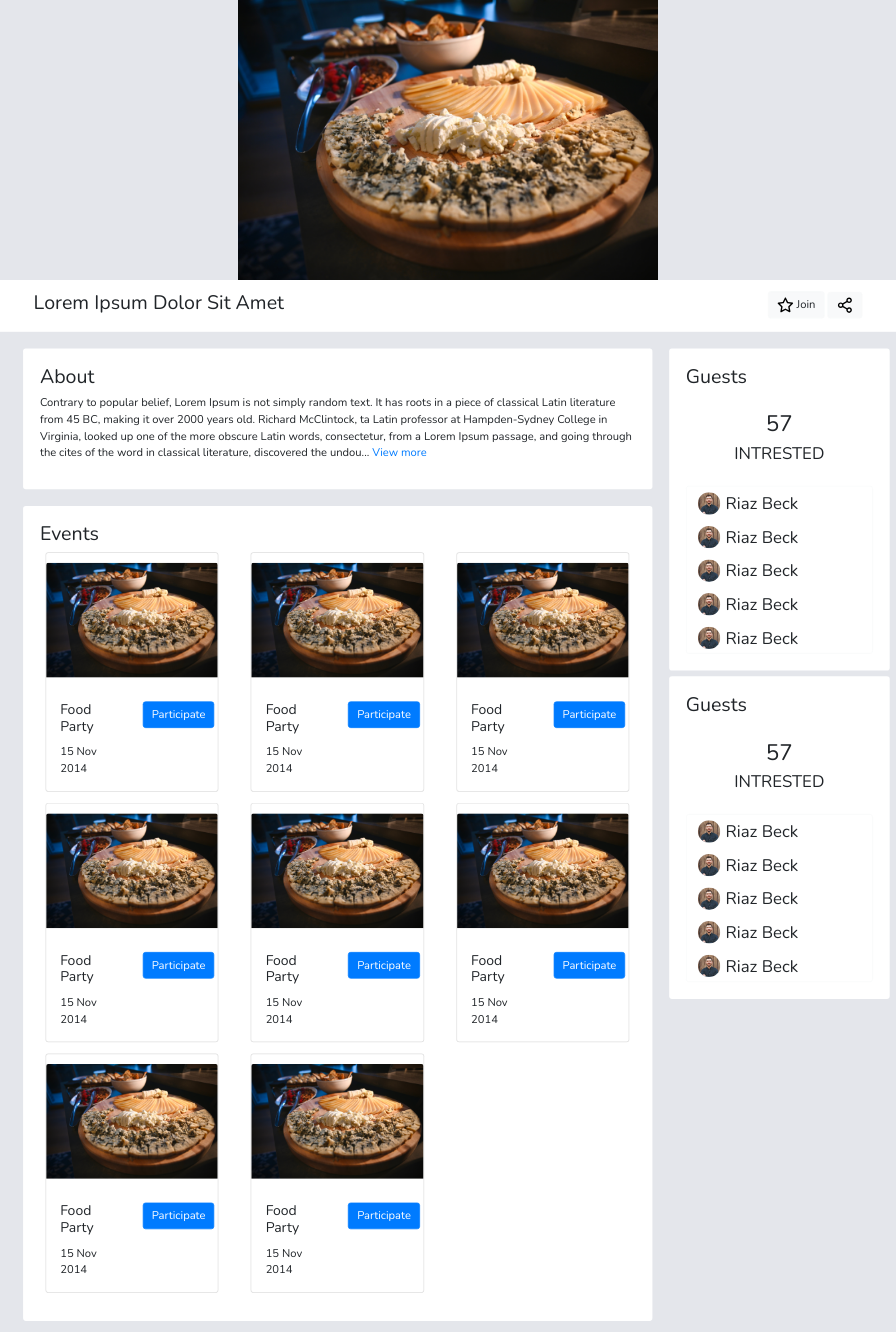
Repository: iamrachid/ensaevents
Page: club.html
The author's editor kept a copy of each file at every save. The page is drawn from the files as they stood at one save, then again after the next save.
The browser window is 1280 px wide. The pictures show the whole page, at 70% of full size.

Above is the page before, as saved 2021-11-25 19:37:19.

### club.html
<html>

<head>
    <meta charset="UTF-8">
    <meta http-equiv="X-UA-Compatible" content="IE=edge">
    <meta name="viewport" content="width=device-width, initial-scale=1.0">
    <title>Document</title>
    <link rel="stylesheet" href="css/bootstrap.css">
    <link rel="stylesheet" href="css/style.css">
    <!-- Link Swiper's CSS -->
    <link rel="stylesheet" href="https://unpkg.com/swiper/swiper-bundle.min.css" />

    <link rel="preconnect" href="https://fonts.googleapis.com">
    <link rel="preconnect" href="https://fonts.gstatic.com" crossorigin>
    <link
        href="https://fonts.googleapis.com/css2?family=Nunito:ital,wght@0,200;0,300;0,400;0,600;0,700;0,800;0,900;1,200;1,300;1,400;1,600;1,700;1,800;1,900&display=swap"
        rel="stylesheet">
</head>

<body class="w-100">

    <div class="text-center bg-main d-flex justify-content-center">
        <img src="assets/img/card-1.jpg" class="cover-img">
    </div>
    <div class="py-3 px-md-5 px-3">
        <div class="row">
            <div class="col-md-8 col-12">
                <h3>Lorem Ipsum Dolor Sit Amet</h3>
            </div>
            <div class="col-md-4 col-12 d-flex justify-content-start justify-content-md-end">
                <div class="">

                    <button class="btn btn-light ">
                        <svg class="btn-icon">
                            <use xlink:href="assets/img/icons.svg#icon-star"></use>
                        </svg>
                        Join</button>
                    <button class="btn btn-light">
                        <svg class="btn-icon">
                            <use xlink:href="assets/img/icons.svg#icon-share-2"></use>
                        </svg>
                    </button>
                </div>
            </div>
        </div>
    </div>

    <div class="px-md-4 p-0 pb-3 bg-main">
        <div class="row">
            <div class="col-md-8 col-lg-9 col-12 px-4 px-md-3 px-lg-4">
                <div class="bg-white mt-4 p-4 rounded">
                    <h3>About</h3>
                    <!-- <div class="d-flex">
                        <svg class="detail-icon mr-2 mb-2">
                            <use xlink:href="assets/img/icons.svg#icon-users"></use>
                        </svg>
                        <span>69 people responded</span>
                    </div>
                    <div class="d-flex">
                        <svg class="detail-icon mr-2  mb-2">
                            <use xlink:href="assets/img/icons.svg#icon-user"></use>
                        </svg>
                        <span>Event By <strong>Club Social</strong></span>
                    </div>
                    <div class="d-flex">
                        <svg class="detail-icon mr-2 mb-2">
                            <use xlink:href="assets/img/icons.svg#icon-public"></use>
                        </svg>
                        <span>Public · Anyone can attend this event</span>
                    </div> -->
                    <p>
                        <span>
                            Contrary to popular belief, Lorem Ipsum is not simply random text. It has roots in a piece
                            of
                            classical
                            Latin literature from 45 BC, making it over 2000 years old. Richard McClintock, ta Latin
                            professor
                            at
                            Hampden-Sydney College in Virginia, looked up one of the more obscure Latin words,
                            consectetur,
                            from
                            a
                            Lorem Ipsum passage, and going through the cites of the word in classical literature,
                            discovered
                            the
                            undou</span><span class="collapse  multi-collapse show fast" id="dots">...</span>
                        <span class="collapse  multi-collapse fast" id="more-text">btable source. Lorem Ipsum comes from
                            sections
                            1.10.32 and 1.10.33 of "de Finibus Bonorum et
                            Malorum" (The Extremes of Good and Evil) by Cicero, written in 45 BC. This book is a
                            treatise on
                            the
                            theory of ethics, very popular during the Renaissance. The first line of Lorem Ipsum, "Lorem
                            ipsum
                            dolor
                            sit amet..", comes from a line in section 1.10.32.
                        </span>

                        <a class="collapse  multi-collapse fast" type="button" id="less" data-toggle="collapse"
                            data-target=".multi-collapse" aria-expanded="false"
                            aria-controls="dots more less more-text">View less</a>
                        <a class="collapse show  multi-collapse fast" type="button" id="more" data-toggle="collapse"
                            data-target=".multi-collapse" aria-expanded="false"
                            aria-controls="dots more less more-text">View more</a>
                    </p>
                </div>
                <div class="bg-white mt-4 p-4 rounded">
                    <h3>Events</h3>
                    <div class="row">
                        <div class="col-12 col-sm-6 col-xl-4 col-lg-6 col-md-12"">
                            <div class=" card rounded mx-0 mx-sm-1 mx-md-2 mb-3">
                            <div class="card-img-box">
                                <img class="card-img-top" src="assets/img/card-1.jpg" alt="Card image cap">
                            </div>
                            <div class="card-body row">
                                <div class="col-6">
                                    <h5 class="card-title">Food Party</h5>
                                    <p class="card-text">15 Nov 2014</p>
                                </div>
                                <div class="col-6 text-right">
                                    <a href="#" class="btn btn-primary">Participate</a>
                                </div>
                            </div>
                        </div>
                    </div>
                    <div class="col-12 col-sm-6 col-xl-4 col-lg-6 col-md-12"">
                            <div class=" card rounded mx-0 mx-sm-1 mx-md-2 mb-3">
                        <div class="card-img-box">
                            <img class="card-img-top" src="assets/img/card-1.jpg" alt="Card image cap">
                        </div>
                        <div class="card-body row">
                            <div class="col-6">
                                <h5 class="card-title">Food Party</h5>
                                <p class="card-text">15 Nov 2014</p>
                            </div>
                            <div class="col-6 text-right">
                                <a href="#" class="btn btn-primary">Participate</a>
                            </div>
                        </div>
                    </div>
                </div>
                <div class="col-12 col-sm-6 col-xl-4 col-lg-6 col-md-12"">
                            <div class=" card rounded mx-0 mx-sm-1 mx-md-2 mb-3">
                    <div class="card-img-box">
                        <img class="card-img-top" src="assets/img/card-1.jpg" alt="Card image cap">
                    </div>
                    <div class="card-body row">
                        <div class="col-6">
                            <h5 class="card-title">Food Party</h5>
                            <p class="card-text">15 Nov 2014</p>
                        </div>
                        <div class="col-6 text-right">
                            <a href="#" class="btn btn-primary">Participate</a>
                        </div>
                    </div>
                </div>
            </div>
            <div class="col-12 col-sm-6 col-xl-4 col-lg-6 col-md-12"">
                            <div class=" card rounded mx-0 mx-sm-1 mx-md-2 mb-3">
                <div class="card-img-box">
                    <img class="card-img-top" src="assets/img/card-1.jpg" alt="Card image cap">
                </div>
                <div class="card-body row">
                    <div class="col-6">
                        <h5 class="card-title">Food Party</h5>
                        <p class="card-text">15 Nov 2014</p>
                    </div>
                    <div class="col-6 text-right">
                        <a href="#" class="btn btn-primary">Participate</a>
                    </div>
                </div>
            </div>
        </div>
        <div class="col-12 col-sm-6 col-xl-4 col-lg-6 col-md-12"">
                            <div class=" card rounded mx-0 mx-sm-1 mx-md-2 mb-3">
            <div class="card-img-box">
                <img class="card-img-top" src="assets/img/card-1.jpg" alt="Card image cap">
            </div>
            <div class="card-body row">
                <div class="col-6">
                    <h5 class="card-title">Food Party</h5>
                    <p class="card-text">15 Nov 2014</p>
                </div>
                <div class="col-6 text-right">
                    <a href="#" class="btn btn-primary">Participate</a>
                </div>
            </div>
        </div>
    </div>
    <div class="col-12 col-sm-6 col-xl-4 col-lg-6 col-md-12"">
                            <div class=" card rounded mx-0 mx-sm-1 mx-md-2 mb-3">
        <div class="card-img-box">
            <img class="card-img-top" src="assets/img/card-1.jpg" alt="Card image cap">
        </div>
        <div class="card-body row">
            <div class="col-6">
                <h5 class="card-title">Food Party</h5>
                <p class="card-text">15 Nov 2014</p>
            </div>
            <div class="col-6 text-right">
                <a href="#" class="btn btn-primary">Participate</a>
            </div>
        </div>
    </div>
    </div>
    <div class="col-12 col-sm-6 col-xl-4 col-lg-6 col-md-12"">
                            <div class=" card rounded mx-0 mx-sm-1 mx-md-2 mb-3">
        <div class="card-img-box">
            <img class="card-img-top" src="assets/img/card-1.jpg" alt="Card image cap">
        </div>
        <div class="card-body row">
            <div class="col-6">
                <h5 class="card-title">Food Party</h5>
                <p class="card-text">15 Nov 2014</p>
            </div>
            <div class="col-6 text-right">
                <a href="#" class="btn btn-primary">Participate</a>
            </div>
        </div>
    </div>
    </div>
    <div class="col-12 col-sm-6 col-xl-4 col-lg-6 col-md-12"">
                            <div class=" card rounded mx-0 mx-sm-1 mx-md-2 mb-3">
        <div class="card-img-box">
            <img class="card-img-top" src="assets/img/card-1.jpg" alt="Card image cap">
        </div>
        <div class="card-body row">
            <div class="col-6">
                <h5 class="card-title">Food Party</h5>
                <p class="card-text">15 Nov 2014</p>
            </div>
            <div class="col-6 text-right">
                <a href="#" class="btn btn-primary">Participate</a>
            </div>
        </div>
    </div>
    </div>

    </div>
    </div>
    </div>
    <div class="px-4 px-md-0 py-4 col-md-4 col-lg-3  col-sm-12 ">
        <div class="bg-white mb-2 p-4 rounded">
            <h3>Guests</h3>
            <div class="d-flex  justify-content-center py-4">
                <div class="d-flex flex-column align-items-center">
                    <h2 cla>57</h2>
                    <h4 class="text-uppercase">Intrested</h4>
                </div>

            </div>
            <div class="overflow-auto border-light border rounded users px-2">
                <div class="user d-flex align-items-center">
                    <img class="user-img m-2" src="assets/img/user.png" />
                    <span class="user-name">Riaz Beck</span>
                </div>
                <div class="user d-flex align-items-center">
                    <img class="user-img m-2" src="assets/img/user.png" />
                    <span class="user-name">Riaz Beck</span>
                </div>
                <div class="user d-flex align-items-center">
                    <img class="user-img m-2" src="assets/img/user.png" />
                    <span class="user-name">Riaz Beck</span>
                </div>
                <div class="user d-flex align-items-center">
                    <img class="user-img m-2" src="assets/img/user.png" />
                    <span class="user-name">Riaz Beck</span>
                </div>
                <div class="user d-flex align-items-center">
                    <img class="user-img m-2" src="assets/img/user.png" />
                    <span class="user-name">Riaz Beck</span>
                </div>
                <div class="user d-flex align-items-center">
                    <img class="user-img m-2" src="assets/img/user.png" />
                    <span class="user-name">Riaz Beck</span>
                </div>
                <div class="user d-flex align-items-center">
                    <img class="user-img m-2" src="assets/img/user.png" />
                    <span class="user-name">Riaz Beck</span>
                </div>
                <div class="user d-flex align-items-center">
                    <img class="user-img m-2" src="assets/img/user.png" />
                    <span class="user-name">Riaz Beck</span>
                </div>
                <div class="user d-flex align-items-center">
                    <img class="user-img m-2" src="assets/img/user.png" />
                    <span class="user-name">Riaz Beck</span>
                </div>
                <div class="user d-flex align-items-center">
                    <img class="user-img m-2" src="assets/img/user.png" />
                    <span class="user-name">Riaz Beck</span>
                </div>
            </div>
        </div>
        <div class="bg-white p-4 rounded">
            <h3>Guests</h3>
            <div class="d-flex  justify-content-center py-4">
                <div class="d-flex flex-column align-items-center">
                    <h2 cla>57</h2>
                    <h4 class="text-uppercase">Intrested</h4>
                </div>

            </div>
            <div class="overflow-auto border-light border rounded users px-2">
                <div class="user d-flex align-items-center">
                    <img class="user-img m-2" src="assets/img/user.png" />
                    <span class="user-name">Riaz Beck</span>
                </div>
                <div class="user d-flex align-items-center">
                    <img class="user-img m-2" src="assets/img/user.png" />
                    <span class="user-name">Riaz Beck</span>
                </div>
                <div class="user d-flex align-items-center">
                    <img class="user-img m-2" src="assets/img/user.png" />
                    <span class="user-name">Riaz Beck</span>
                </div>
                <div class="user d-flex align-items-center">
                    <img class="user-img m-2" src="assets/img/user.png" />
                    <span class="user-name">Riaz Beck</span>
                </div>
                <div class="user d-flex align-items-center">
                    <img class="user-img m-2" src="assets/img/user.png" />
                    <span class="user-name">Riaz Beck</span>
                </div>
                <div class="user d-flex align-items-center">
                    <img class="user-img m-2" src="assets/img/user.png" />
                    <span class="user-name">Riaz Beck</span>
                </div>
                <div class="user d-flex align-items-center">
                    <img class="user-img m-2" src="assets/img/user.png" />
                    <span class="user-name">Riaz Beck</span>
                </div>
                <div class="user d-flex align-items-center">
                    <img class="user-img m-2" src="assets/img/user.png" />
                    <span class="user-name">Riaz Beck</span>
                </div>
                <div class="user d-flex align-items-center">
                    <img class="user-img m-2" src="assets/img/user.png" />
                    <span class="user-name">Riaz Beck</span>
                </div>
                <div class="user d-flex align-items-center">
                    <img class="user-img m-2" src="assets/img/user.png" />
                    <span class="user-name">Riaz Beck</span>
                </div>
            </div>
        </div>
    </div>
    </div>
    <script src="js/jquery-3.6.0.js">
    </script>
    <!-- Bootstrap -->
    <script src="js/bootstrap.js"></script>
    <!-- Swiper JS -->
    <script src="js/swiper-bundle.min.js"></script>

    <!-- Main script -->
    <script src="js/script.js"></script>

</body>

</html>

### css/style.css
@font-face {
    font-family: Forever;
    src: url(../font/Foreverbrushscript-GwZy.otf);
  }

html, body{
    font-family: "Nunito";
    font-weight: 400;
    width: 100%;
}
.hero {
    background: linear-gradient(45deg, rgba(173,225,255,1) 0%, rgba(186,175,255,1) 40%, rgba(175,255,182,1) 74%, rgba(175,255,182,1) 100%);
}
.btn-header {
    font-size: 1rem;
}

.heading-title {
    font-size: 5rem;
    font-weight: 800;
}
@media only screen and (max-width: 768px) {
    .heading-title {
        font-size: 4rem;
    }

    .padding-smallSize {
        padding: .5rem;
    }
}

.heading-title_white {
    color: #fafafa;
}
.heading-subtitle {
    color: #fafafa;
    letter-spacing: .2cm;
}
.search-bar {
    padding: .51rem 0.5rem;
    background-color: white;
    left: 50%;
    transform: translate(-50%,-50%);
    border-radius: 30px;
}

.search-btn {
    background-color: #b2d0ff;
    color: #fafafa;
    font-weight: 600;
}

.card-img-box {
    height: 12rem;
    overflow: hidden;
    display: flex;
    justify-content: center;
    align-items: center;
}

.forever {
    font-family: Forever;
    font-size:2rem
}

.bg-color-blue {
    background-color:#b2d0ff;
}

.gradient {
    background:linear-gradient(to right,rgba(149, 133, 255,1) 0%, rgba(186,175,255,1)  100%);
}

.menu-icon {
    width: 1.2rem;
    height: 1.2rem;
    fill: #fff;
}

.menu-active {
    border-left: 5px solid #fff;
}

.side-nav-link, .side-nav-link:hover {
    color: #fff;
}

.side-nav-item.active:hover {
    padding-right:5px;
}

.side-nav-item {
    transition: all  0.3s;
}

.side-nav-item:hover, .side-nav-item.active {
    border-left: 5px solid #fff;
    transition: all 0.3s;
}

.btn-purple {
    color: #fff;
    background-color: rgba(149, 133, 255,1);
    border-color: rgba(149, 133, 255,1);
}

.btn-purple:hover {
    color: #fff;
    background-color: rgba(186,175,255,1);
    border-color: rgba(186,175,255,1);
}

.detail-icon {
    height: 1.5rem;
    width: 1.5rem;
}

.users {
    height: 15rem;
}

.user-name {
    font-size:1.5rem;
}

.user-img {
    height: 2rem;
    width: 2rem;
    border-radius:50%;
}

.btn-icon {
    height: 1.5rem;
    width: 1.5rem;
}

.fast {
    transition: all 0s;
}

.bg-main {
    background-color: #e4e6eb !important;
}

.cover-img {
    width: 100%;
    max-width: 600px;
}

/* Reviews */

.rating-icon {
    fill: #FBC02D;
    height: 1rem;
    width: 1rem;
}

.review-card {
    border-radius: 5px;
    background-color: #fff;
    background-color: #fafafa;
    padding-left: 60px;
    padding-right: 60px;
    margin-top: 30px;
    padding-top: 30px;
    padding-bottom: 30px
}

.rating-box {
    width: 130px;
    height: 130px;
    margin-right: auto;
    margin-left: auto;
    background-color: #FBC02D;
    color: #fff
}

.rating-label {
    font-weight: bold
}

.rating-bar {
    width: 300px;
    padding: 8px;
    border-radius: 5px
}

.bar-container {
    width: 100%;
    background-color: #f1f1f1;
    text-align: center;
    color: white;
    border-radius: 20px;
    cursor: pointer;
    margin-bottom: 5px
}

.bar-5 {
    width: 70%;
    height: 13px;
    background-color: #FBC02D;
    border-radius: 20px
}

.bar-4 {
    width: 30%;
    height: 13px;
    background-color: #FBC02D;
    border-radius: 20px
}

.bar-3 {
    width: 20%;
    height: 13px;
    background-color: #FBC02D;
    border-radius: 20px
}

.bar-2 {
    width: 10%;
    height: 13px;
    background-color: #FBC02D;
    border-radius: 20px
}

.bar-1 {
    width: 0%;
    height: 13px;
    background-color: #FBC02D;
    border-radius: 20px
}


.star-active {
    color: #FBC02D;
    margin-top: 10px;
    margin-bottom: 10px
}

.star-active:hover {
    color: #F9A825;
    cursor: pointer
}

.star-inactive {
    color: #CFD8DC;
    margin-top: 10px;
    margin-bottom: 10px
}

.blue-text {
    color: #0091EA
}

.content {
    font-size: 18px
}

.profile-pic {
    width: 90px;
    height: 90px;
    border-radius: 100%;
    margin-right: 30px
}

.pic {
    width: 80px;
    height: 80px;
    margin-right: 10px
}

### js/script.js
var swiper = new Swiper(".events", {
    pagination: {
      el: ".swiper-pagination",
      clickable: true,
    }
    ,
    breakpoints: {
      640: {
        slidesPerView: 1,
        spaceBetween: 20,
      },
      768: {
        slidesPerView: 2,
        spaceBetween: 40,
      },
      1024: {
        slidesPerView: 3,
        spaceBetween: 50,
      },
    },

  })

  var swiper = new Swiper(".clubs", {
    spaceBetween: 10,
    autoplay: {
      delay: 3000,
      // TODO: this should be false
      disableOnInteraction: false,
    },
    pagination: {
      el: ".swiper-pagination",
      clickable: true,
    },
    navigation: {
      nextEl: ".swiper-button-next",
      prevEl: ".swiper-button-prev",
    },
    breakpoints: {
      640: {
        slidesPerView: 2,
        spaceBetween: 20,
      },
      768: {
        slidesPerView: 3,
        spaceBetween: 40,
      },
      1024: {
        slidesPerView: 5,
        spaceBetween: 50,
      },
    }
  });;

Loaded but not shown: css/bootstrap.css (library); js/jquery-3.6.0.js (library); js/bootstrap.js (library); js/swiper-bundle.min.js (library)

After the next save:
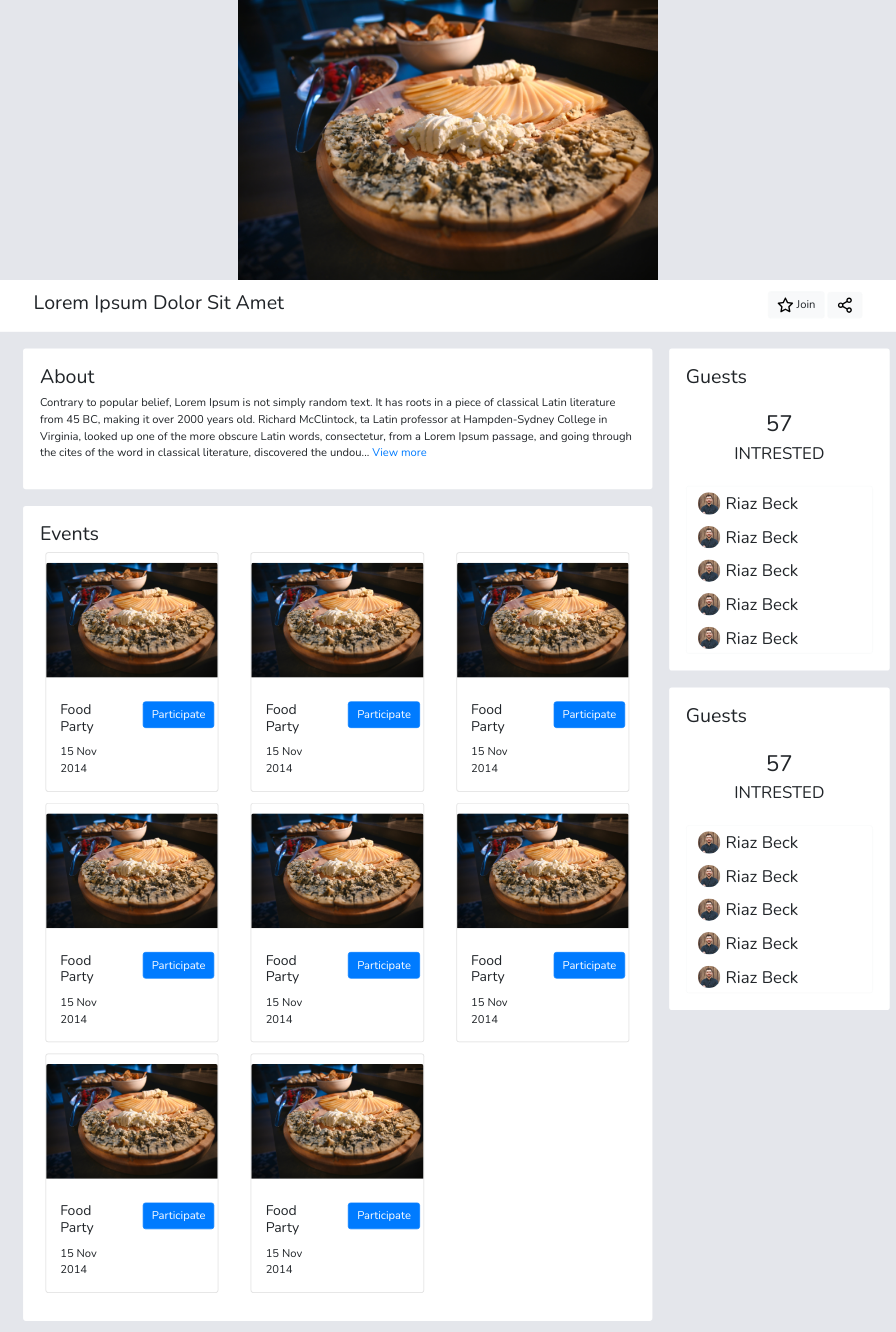
Saved 19 s later.
--- a/club.html
+++ b/club.html
@@ -240,7 +240,7 @@
     </div>
     </div>
     <div class="px-4 px-md-0 py-4 col-md-4 col-lg-3  col-sm-12 ">
-        <div class="bg-white mb-2 p-4 rounded">
+        <div class="bg-white mb-4 p-4 rounded">
             <h3>Guests</h3>
             <div class="d-flex  justify-content-center py-4">
                 <div class="d-flex flex-column align-items-center">
